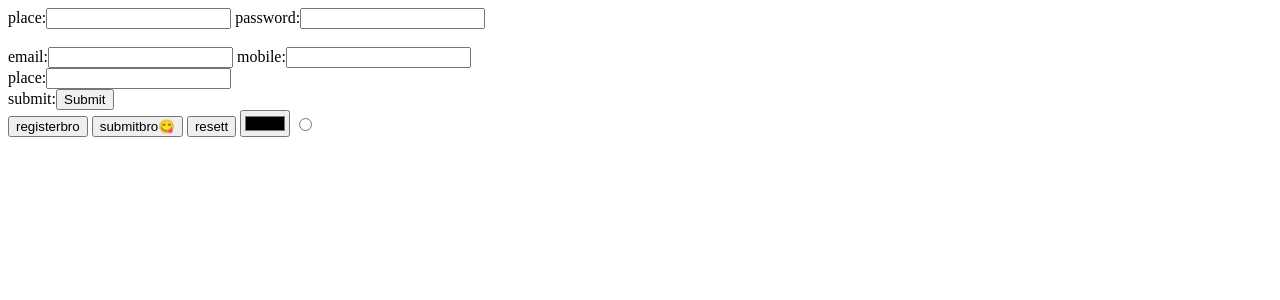
Repository: viveknaidu007/repo-113-HTML
Page: 9.html
An editor plug-in stored every save of this project. The page is shown before and after the next save, followed by the edit.
The browser window is 1280 px wide. The pictures show the whole page.

Above is the page before, as saved 2024-06-14 22:47:16.

### 9.html
<!DOCTYPE html>
<html>
    <head>
        <title> forms demo</title>
    </head>

    <body>
        <form action="response.html">
            place:<input type="text">
            password:<input type="password"> <br> <br>
            email:<input type="email">
            mobile:<input type="tel"> <br>
            place:<input type="number"> <br>
            submit:<input type="submit"> <br>
            <input type="submit" value="registerbro">
            <input type="submit" value="submitbro😋">
            <input type="reset" value="resett">
            <input type="color">
            <input type="hidden">
            <input type="radio"

        </form>
    </body>
</html>

After the next save:
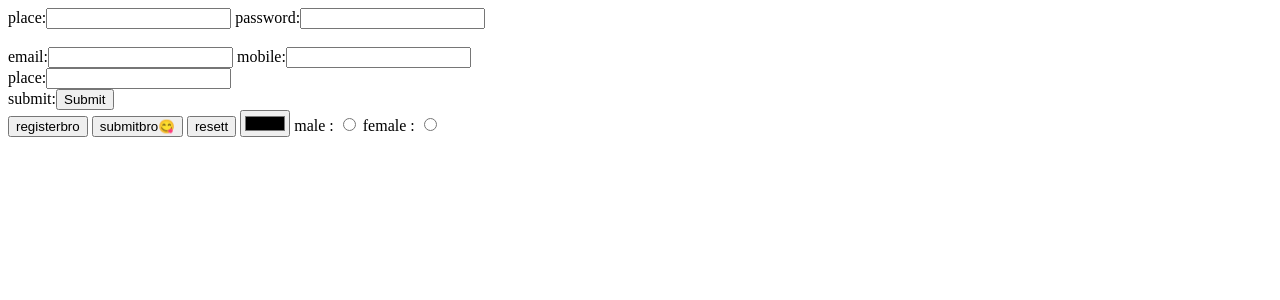
Saved 47 s later.
--- a/9.html
+++ b/9.html
@@ -17,8 +17,8 @@
             <input type="reset" value="resett">
             <input type="color">
             <input type="hidden">
-            <input type="radio"
-
+            male : <input type="radio">
+            female : <input type="radio"
         </form>
     </body>
 </html>
